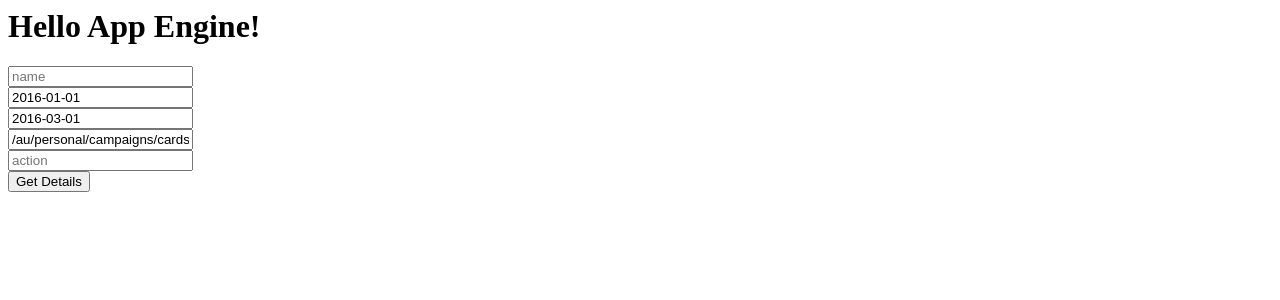
Repository: aneeshsingh/workspace
Page: analytics/war/index.html
These files come from the project's save history. The page is drawn as it stood at one moment and after the next save; the edit follows.
The browser window is 1280 px wide. The pictures show the whole page.

Above is the page before, as saved 2016-03-07 03:37:54.

### analytics/war/index.html
<!DOCTYPE HTML PUBLIC "-//W3C//DTD HTML 4.01 Transitional//EN">
<!-- The HTML 4.01 Transitional DOCTYPE declaration-->
<!-- above set at the top of the file will set     -->
<!-- the browser's rendering engine into           -->
<!-- "Quirks Mode". Replacing this declaration     -->
<!-- with a "Standards Mode" doctype is supported, -->
<!-- but may lead to some differences in layout.   -->

<html>
  <head>
    <meta http-equiv="content-type" content="text/html; charset=UTF-8">
    <title>Hello Aneesh App Engine</title>
  </head>

  <body>
    <h1>Hello App Engine!</h1>

		<form action="getAnalyticsServlet" method="post">

			<input type="text" name="name" id="name" placeholder="name"/><br/>
			<input type="text" name="startDate" id="startDate" placeholder="startDate" value="2016-01-01" /><br/>
			<input type="text" name="endDate" id="endDate" placeholder="endDate" " value="2016-03-01"/><br/>
			<input type="text" name="url" id="url" placeholder="url" value="/au/personal/campaigns/cards/special-offer-qantas-black/" /><br/>
			<input type="text" name="action" id="action" placeholder="action" /><br/>

			<input type="submit" value="Get Details" />
	</form>
  </body>
</html>

After the next save:
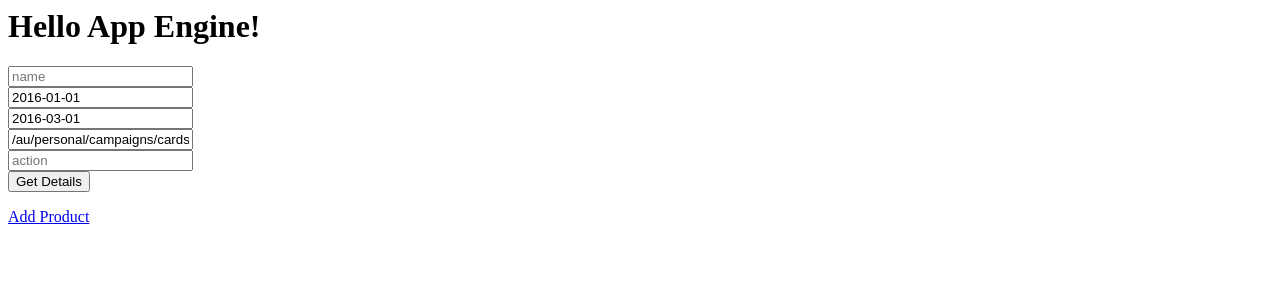
Saved 57 s later.
--- a/analytics/war/index.html
+++ b/analytics/war/index.html
@@ -25,5 +25,7 @@
 
 			<input type="submit" value="Get Details" />
 	</form>
+
+	<a href="/add-product">Add Product</a>
   </body>
 </html>
